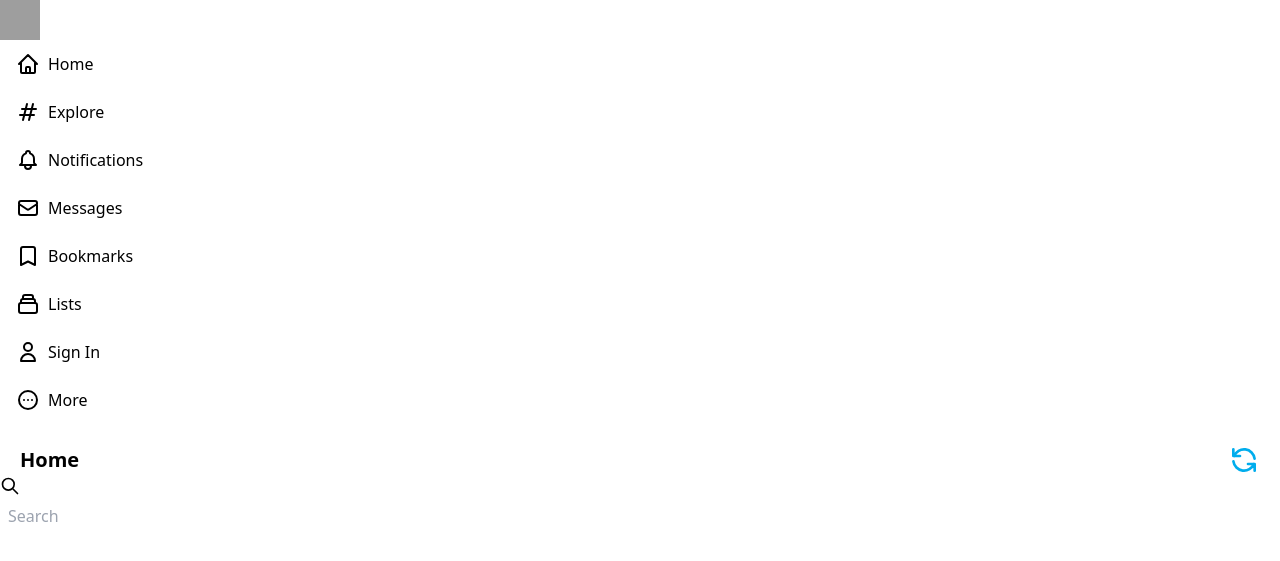
Repository: pabx12/twitter-clone
Page: /
The author's editor kept a copy of each file at every save. The page is drawn from the files as they stood at one save, then again after the next save.
The browser window is 1280 px wide. The pictures show the whole page.
Pictures or frames that could not be fetched are drawn as grey boxes. The project was rebuilt for these pictures with package versions that can differ from the ones it lists, and the page was loaded fresh each time. The framework's server and built-in components were replaced by stand-ins that run in the browser. Also part of the build but not shown: next.config.js.

Above is the page before, as saved 2022-05-06 22:47:45.

After the next save:
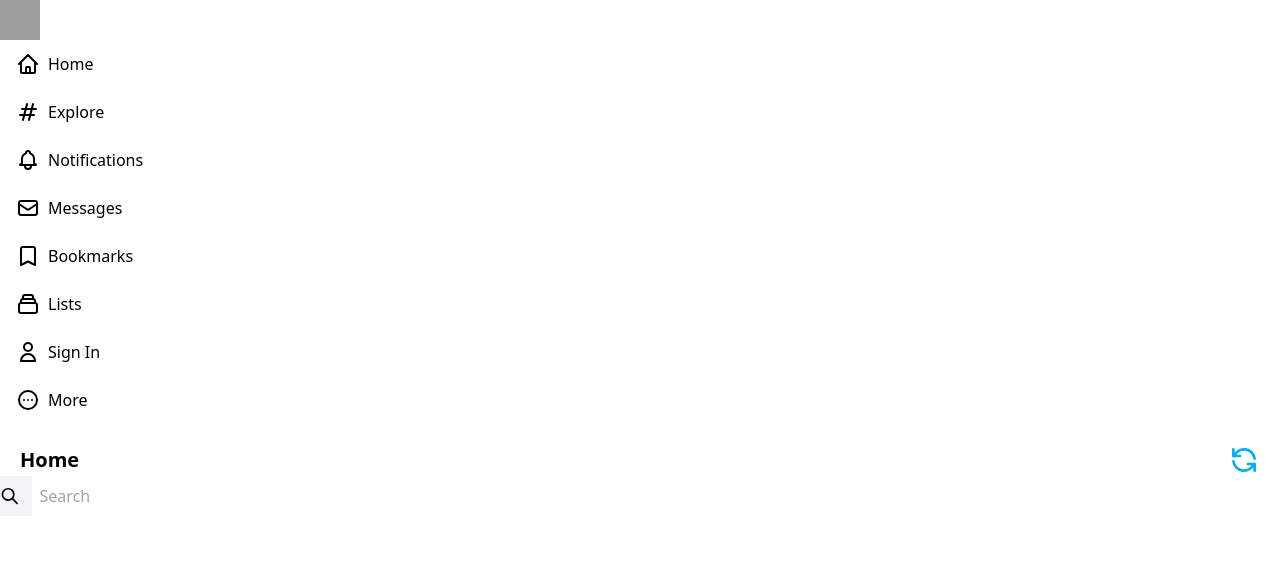
Saved 42 s later.
--- a/components/Widgets.tsx
+++ b/components/Widgets.tsx
@@ -5,7 +5,7 @@ function Widgets() {
   return (
     <div>
         {/* search */}
-        <div>
+        <div className='flex items-center space-x-3 bg-gray-100'>
             <SearchIcon className='w-5 h-5'/>
             <input className='border-none focus:outline-none focus:shadow-outline-none w-full p-2' type="text" placeholder="Search" />
         </div>
